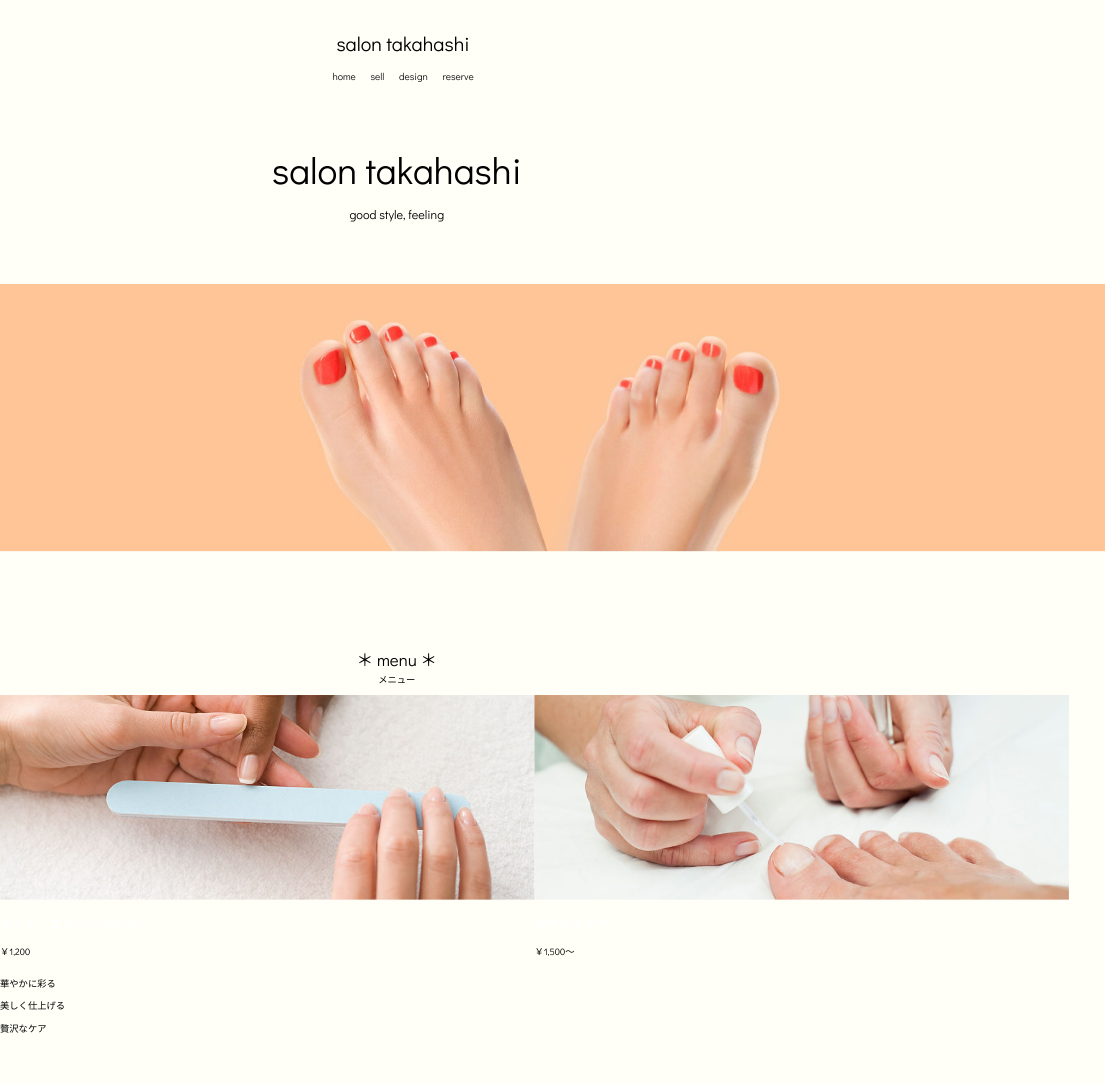
Repository: yukitakahashi1002/salontakahashi-
Page: index.html
The author's editor kept a copy of each file at every save. The page is drawn from the files as they stood at one save, then again after the next save.
The browser window is 1280 px wide. The page is 1783 px wide, so the pictures cover 1783 px, including what lies to the right of the window. The pictures show the whole page, at 62% of full size.

Above is the page before, as saved 2023-07-28 01:27:56.

After the next save:
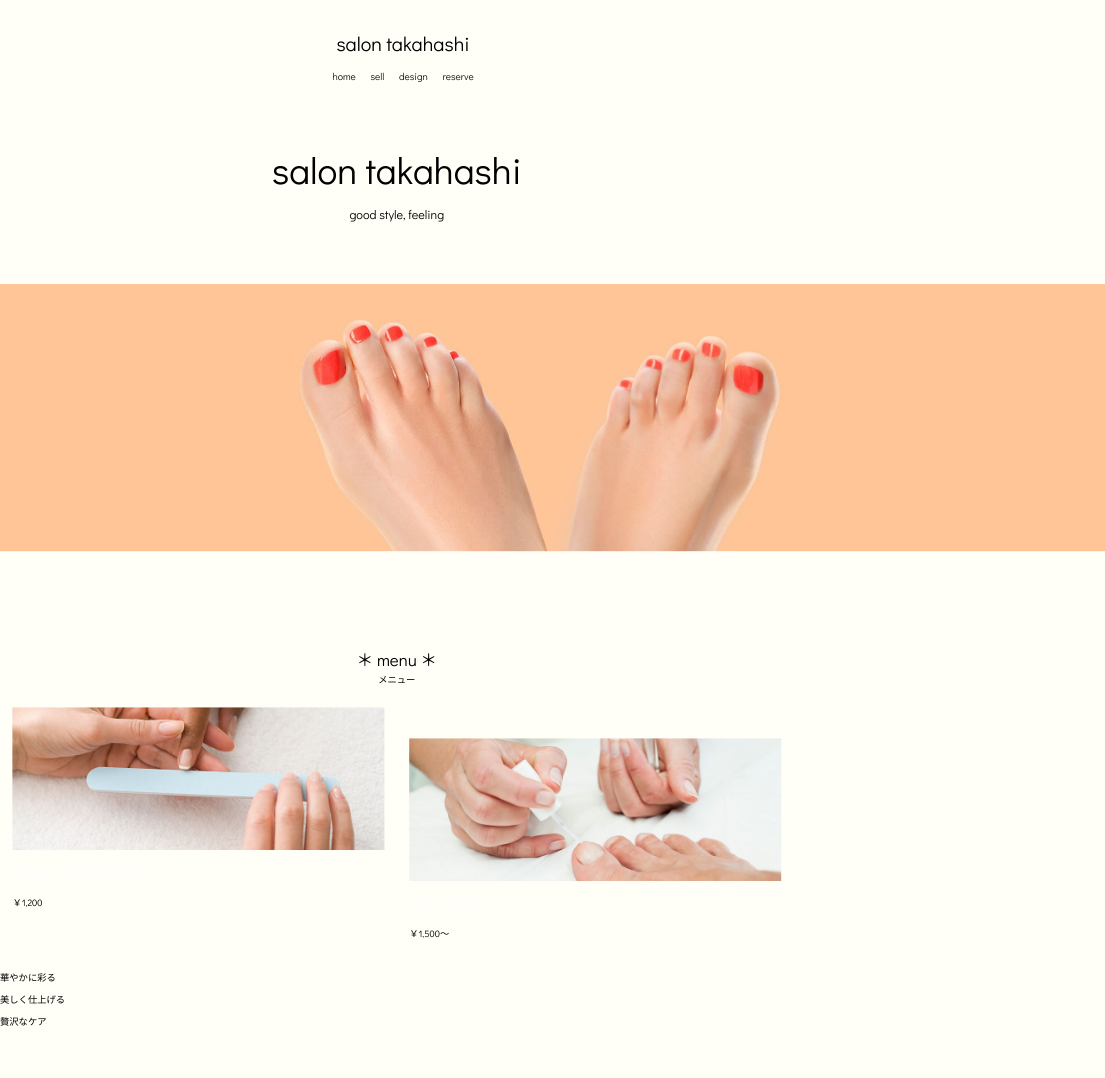
Saved 23 h 10 min later.
--- a/style.css
+++ b/style.css
@@ -95,3 +95,17 @@ h3 {
     width: 100%;
     display: flex;
 }
+
+#menu-flex > div {
+    width: 50%;
+    margin: 20px;
+}
+
+#menu-photo1 {
+    width: 100%;
+}
+
+#menu-photo2 {
+    margin-top: 50px;
+    width: 100%;
+}
